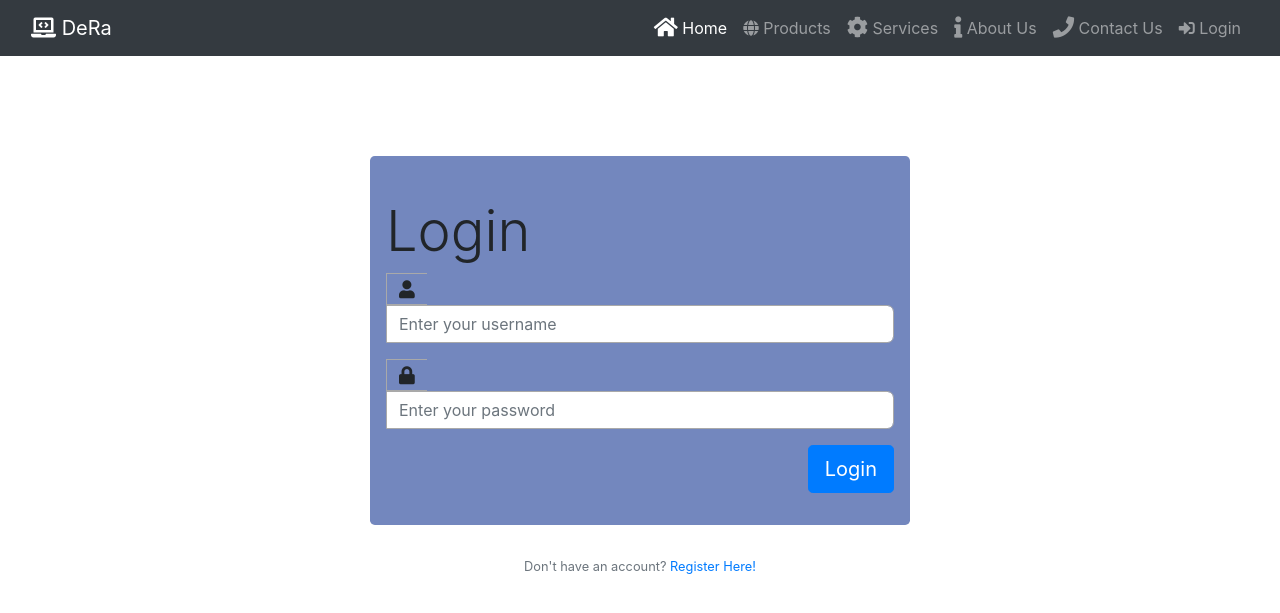
Repository: deividwsantoss/web6201-Lab1
Page: login.html
The author's editor kept a copy of each file at every save. The page is drawn from the files as they stood at one save, then again after the next save.
The browser window is 1280 px wide. The pictures show the whole page.

Above is the page before, as saved 2021-03-03 16:13:59.

After the next save:
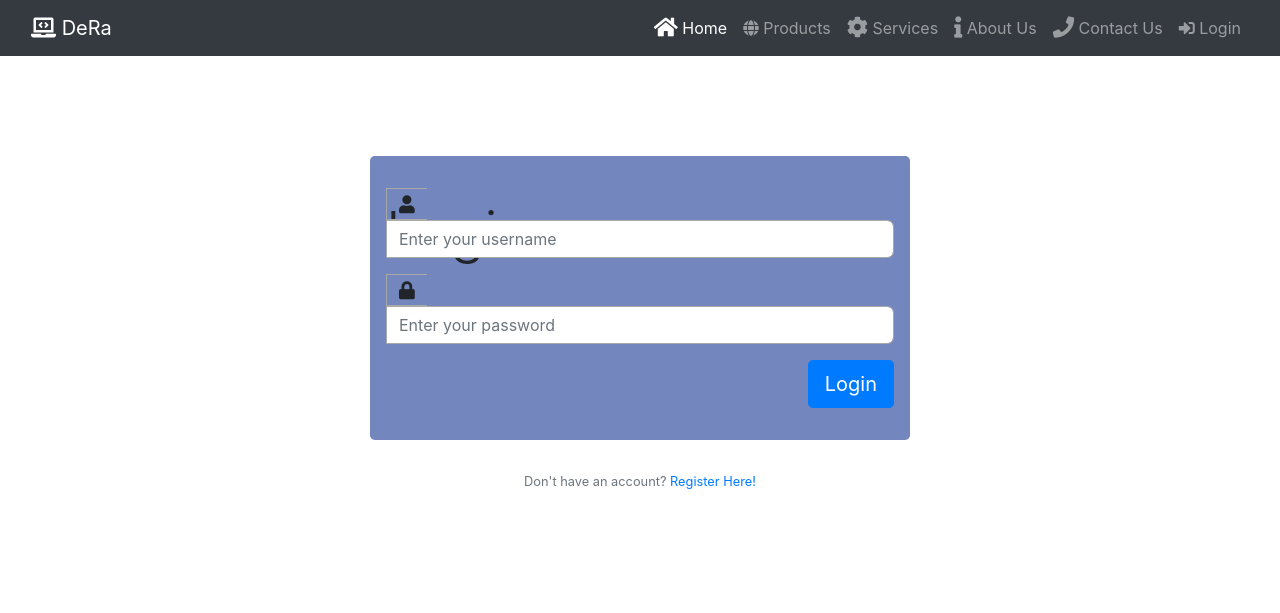
Saved 33 s later.
--- a/Content/app.css
+++ b/Content/app.css
@@ -191,3 +191,7 @@ h1{
     border-radius: .4em;
     width: 100%;
 }
+.login h1{
+    position: absolute;
+
+}
